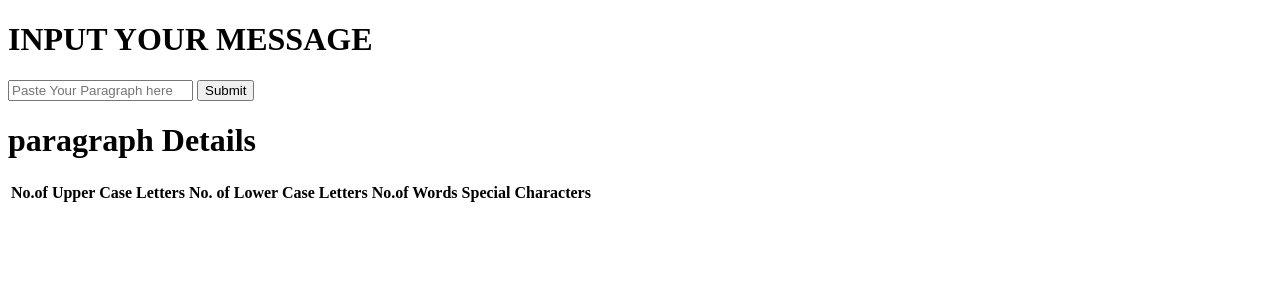
Repository: SharonSebastian32/Paragraph_management_application
Page: index.html
These files come from the project's save history. The page is drawn as it stood at one moment and after a run of saves; the edit follows.
The browser window is 1280 px wide. The pictures show the whole page.

Above is the page before, as saved 2024-08-22 14:32:36.

After the next 3 saves:
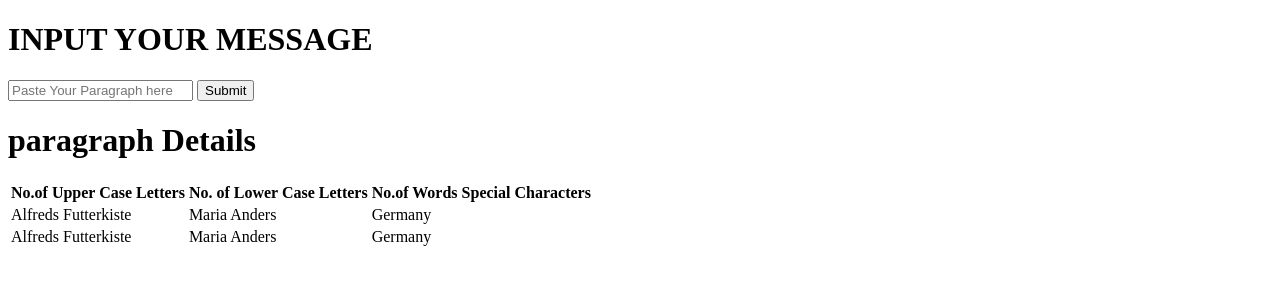
The 3 saves are shown as one change because they came seconds apart.
The last was saved 33 s later.
--- a/index.html
+++ b/index.html
@@ -25,6 +25,16 @@
           <th>No.of Words</th>
           <th>Special Characters</th>
         </tr>
+        <tr>
+          <td>Alfreds Futterkiste</td>
+          <td>Maria Anders</td>
+          <td>Germany</td>
+        </tr>
+        <tr>
+          <td>Alfreds Futterkiste</td>
+          <td>Maria Anders</td>
+          <td>Germany</td>
+        </tr>
       </table>
     </div>
   </body>
